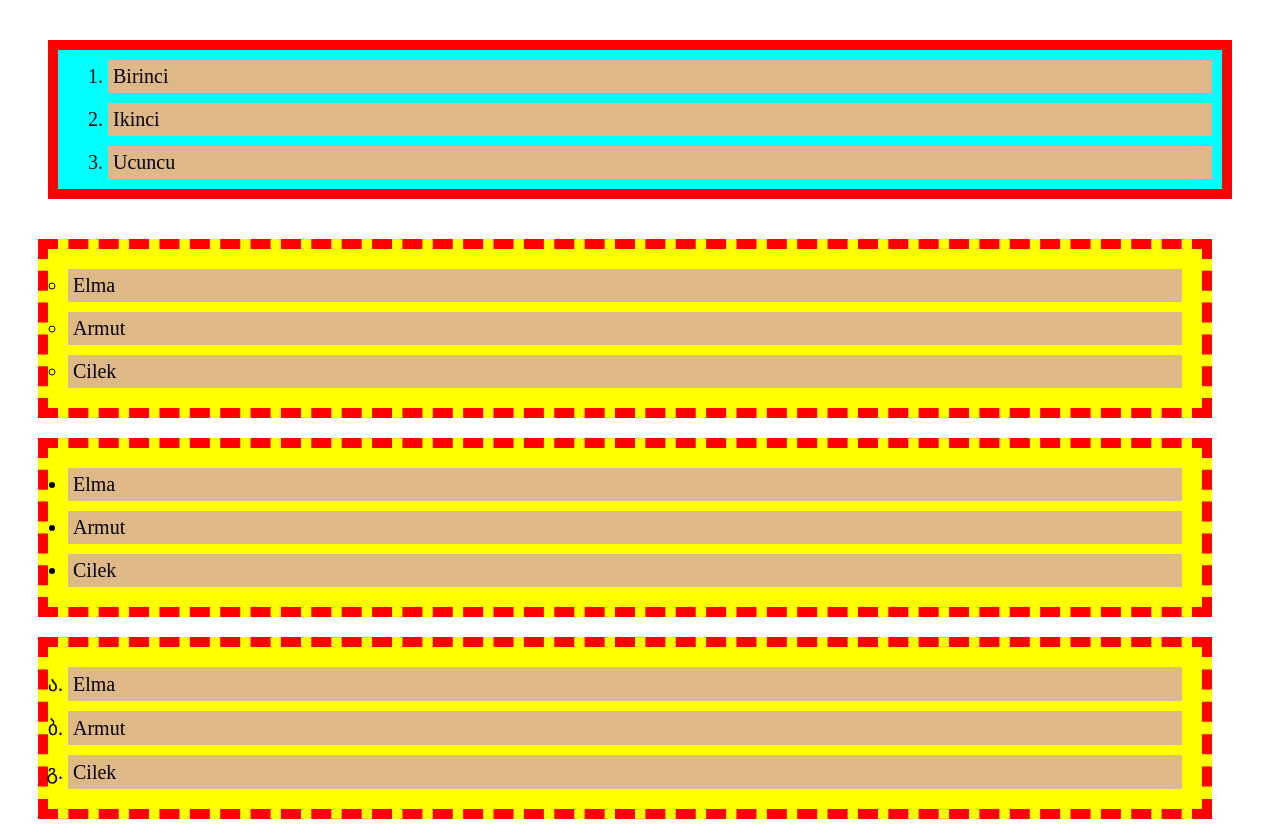
Repository: Kubraaygun/Html_Css_Login
Page: index.html
An editor plug-in stored every save of this project. The page is shown before and after the next save, followed by the edit.
The browser window is 1280 px wide. The pictures show the whole page.

Above is the page before, as saved 2025-03-04 21:16:26.

After the next save:
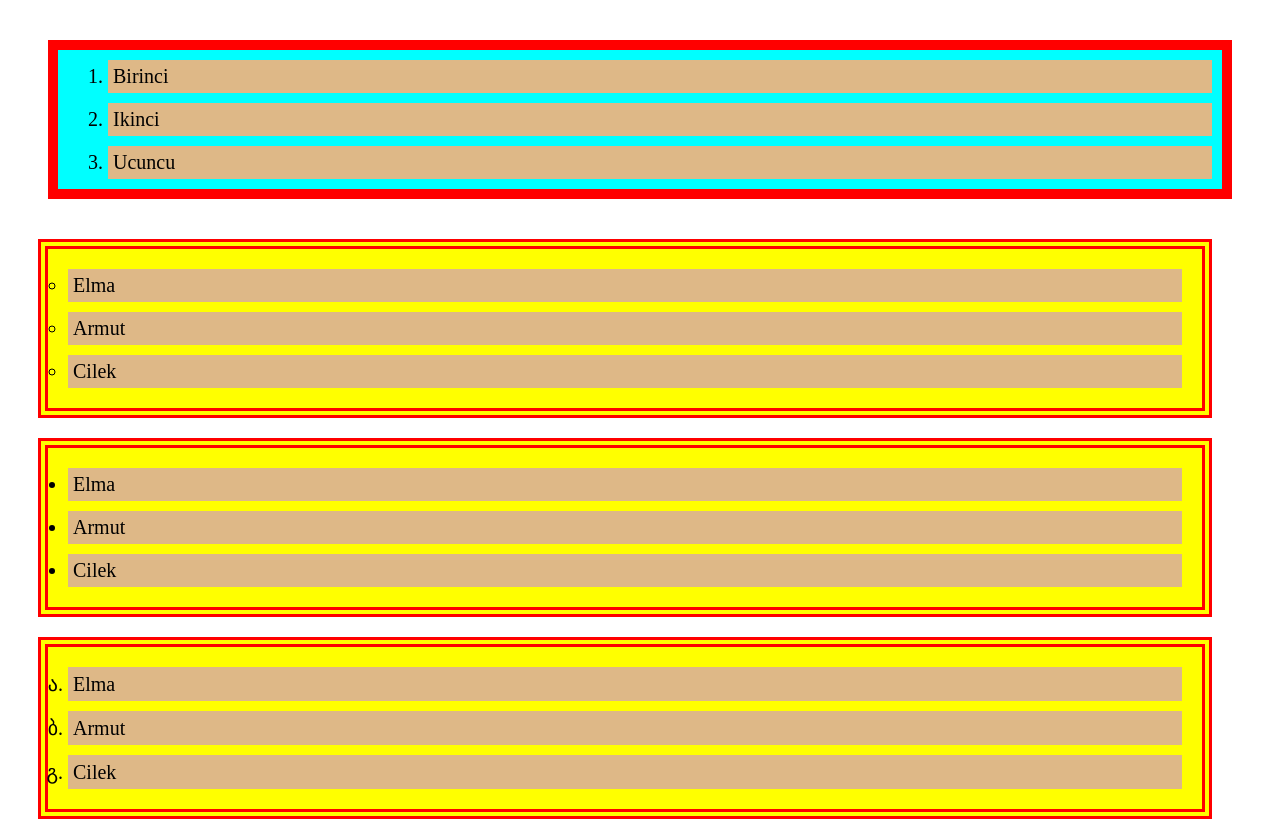
Saved 7 s later.
--- a/style.css
+++ b/style.css
@@ -21,7 +21,7 @@ ul {
   background-color: yellow;
   margin: 20px 60px 0 30px;
   padding: 10px;
-  border: 10px dashed red;
+  border: 10px double red;
 }
 
 li {
